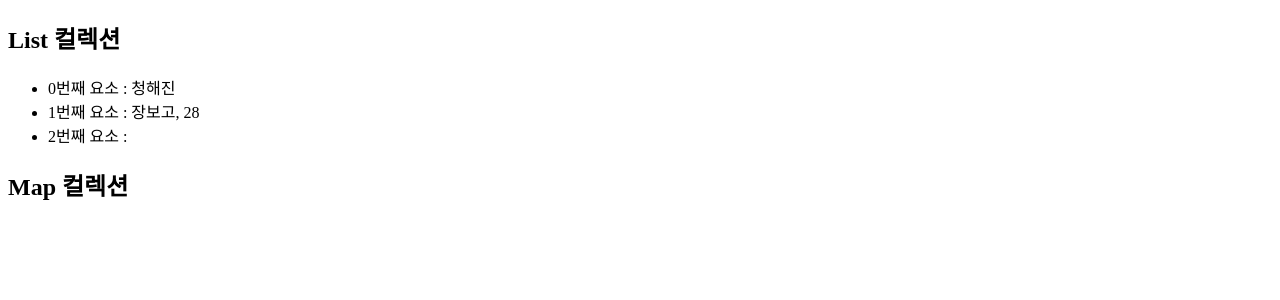
Repository: dogksi/JSP
Page: http://localhost/TestJSP/EL/CollectionUse.jsp
An editor plug-in stored every save of this project. The page is shown before and after a run of saves, followed by the edit.
The browser window is 1280 px wide. The pictures show the whole page.
The page is served by Tomcat 10. Nobody is signed in. The application's start-up code is not run.

Above is the page before, as saved 2023-09-15 07:49:48.

After the next 2 saves:
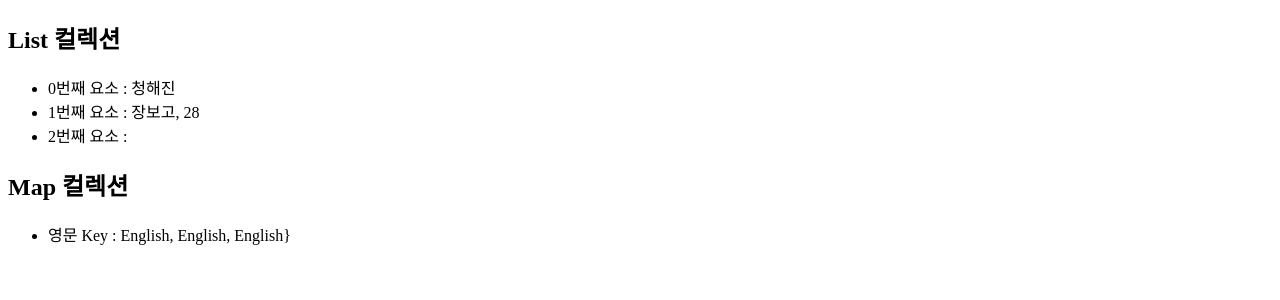
The 2 saves are shown as one change because they came seconds apart.
The last was saved 64 s later.
--- a/TestJSP/src/main/webapp/EL/CollectionUse.jsp
+++ b/TestJSP/src/main/webapp/EL/CollectionUse.jsp
@@ -31,5 +31,8 @@ map.put("한글", "훈민정음");
 map.put("Eng", "English");
 pageContext.setAttribute("King", map);
 %>
+<ul>
+	<li>영문 Key : ${King["Eng"]}, ${King['Eng']}, ${King.Eng}}</li>
+</ul>
 </body>
 </html>
